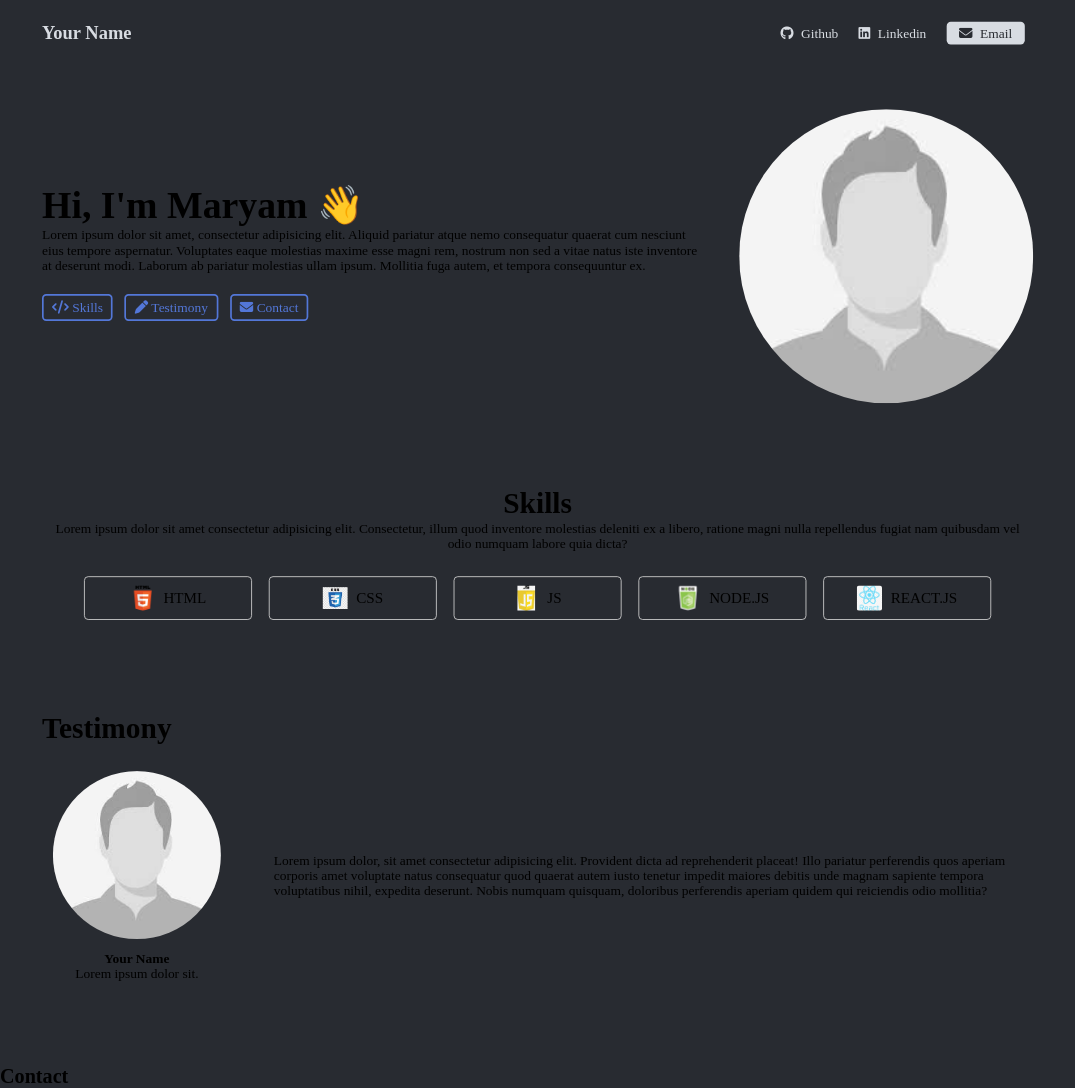
Repository: MaramMaryam/my-portfolio-test
Page: index.html
The author's editor kept a copy of each file at every save. The page is drawn from the files as they stood at one save, then again after a run of saves.
The browser window is 1280 px wide. The pictures show the whole page, at 84% of full size.
Some web libraries are served in a nearby version.

Above is the page before, as saved 2024-09-20 19:21:23.

### index.html
<!DOCTYPE html>
<html lang="en">

<head>
    <meta charset="UTF-8">
    <meta name="viewport" content="width=device-width, initial-scale=1.0">

    <link rel="preconnect" href="https://fonts.googleapis.com">
    <link rel="preconnect" href="https://fonts.gstatic.com" crossorigin>
    <link
        href="https://fonts.googleapis.com/css2?family=Poppins:ital,wght@0,100;0,200;0,300;0,400;0,500;0,600;0,700;0,800;0,900;1,100;1,200;1,300;1,400;1,500;1,600;1,700;1,800;1,900&display=swap"
        rel="stylesheet">

    <link rel="stylesheet" href="https://cdnjs.cloudflare.com/ajax/libs/font-awesome/6.6.0/css/all.min.css"
        integrity="sha512-Kc323vGBEqzTmouAECnVceyQqyqdsSiqLQISBL29aUW4U/M7pSPA/gEUZQqv1cwx4OnYxTxve5UMg5GT6L4JJg=="
        crossorigin="anonymous" referrerpolicy="no-referrer" />

    <link rel="stylesheet" href="styles.css">
    <title>My Portfolio</title>
</head>

<body>
    <!--navbar-->
    <nav>
        <div class="left">
            <a href="/"> Your Name </a>
        </div>
        <div class="right">
            <a href="http://github.com" target="_blank" rel="">
                <i class="fa-brands fa-github"></i>
                <span>Github</span>
            </a>

            <a href="http://linkedin.com" target="_blank" rel="">
                <i class="fa-brands fa-linkedin"></i>
                <span>Linkedin</span>
            </a>

            <a href="mailto:example@gmail.com">
                <i class="fa-solid fa-envelope"></i>
                <span>Email</span>
            </a>
        </div>
    </nav>
    <main>
        <!--section1-->
        <section class="hero-section">
            <div class="text">
                <h2>Hi, I'm Maryam 👋</h2>
                <p>Lorem ipsum dolor sit amet, consectetur adipisicing elit.
                    Aliquid pariatur atque nemo consequatur quaerat cum nesciunt eius tempore aspernatur.
                     Voluptates eaque molestias maxime esse magni rem, nostrum non sed a vitae natus iste inventore at deserunt modi.
                    Laborum ab pariatur molestias ullam ipsum.
                    Mollitia fuga autem, et tempora consequuntur ex.</p>

                    <div class="links">
                        <a href="#skills">
                            <i class="fa-solid fa-code"></i>
                            <span>Skills</span>
                        </a>
                        <a href="#testimony">
                            <i class="fa-solid fa-pen"></i>
                            <span>Testimony</span>
                        </a>
                        <a href="#contact">
                            <i class="fa-solid fa-envelope"></i>
                            <span>Contact</span>
                        </a>
                    </div>
            </div>
            <div class="headshot">
                <img src="images/headshot.jfif" alt="">
            </div>
        </section>
        <!--section2: skills-->
        <section id="skills" class="skills-section">
            <h2>Skills</h2>
            <div class="text">
                Lorem ipsum dolor sit amet consectetur adipisicing elit. Consectetur,
                illum quod inventore molestias deleniti ex a libero,
                ratione magni nulla repellendus fugiat nam quibusdam vel odio numquam labore quia dicta?
            </div>

            <div class="cells">
                <div class="cell">
                    <img src="images/HTML5.webp" alt="HTML5 logo">
                    <span>HTML</span>
                </div>

                <div class="cell">
                    <img src="images/css.webp" alt="css logo">
                    <span>CSS</span>
                </div>

                <div class="cell">
                    <img src="images/js.webp" alt="js logo">
                    <span>JS</span>
                </div>

                <div class="cell">
                    <img src="images/node.webp" alt="node logo">
                    <span>NODE.JS</span>
                </div>

                <div class="cell">
                    <img src="images/react.webp" alt="react logo">
                    <span>REACT.JS</span>
                </div>
            </div>
        </section>
        <!--section3: testimony-->
        <section id="testimony" class="testimony-section">
            <h2>Testimony</h2>
            <div class="group">
                <div class="person-details">
                    <img src="images/headshot.jfif" alt="">
                    <p>Your Name</p>
                    <p>Lorem ipsum dolor sit.</p>
                </div>
                <div class="text">
                    Lorem ipsum dolor, sit amet consectetur adipisicing elit. Provident dicta ad
                    reprehenderit placeat! Illo pariatur perferendis quos aperiam corporis amet voluptate
                    natus consequatur quod quaerat autem iusto tenetur impedit maiores debitis unde magnam
                    sapiente tempora voluptatibus nihil, expedita deserunt.
                    Nobis numquam quisquam, doloribus perferendis aperiam quidem qui reiciendis odio mollitia?
                </div>
            </div>
        </section>
        <!--section4: contact-->
        <section id="contact" class="contact-section">
            <h2>Contact</h2>
        </section>
    </main>
</body>

</html>

### styles.css
:root {
  --text-color: #d8dce2;
  --link-color: #5377d8;
  --background-color: #282b31;
}
* {
  margin: 0;
  padding: 0;
  box-sizing: border-box;
}
html {
  scroll-behavior: smooth;
}
body {
  font-family: "Poppins" sans-serif;
  background-color: var(--background-color);
}
a {
  color: var(--link-color);
  text-decoration: none;
}

/* NAVBAR */
nav {
  display: flex;
  justify-content: space-between;
  padding: 0 50px;
  height: 80px;
  align-items: center;
}
nav .left a {
  color: var(--text-color);
  font-size: 22px;
  font-weight: 600;
}
nav .right a {
  color: var(--text-color);
  margin: 0 10px;
}
nav .right a:last-child {
  color: var(--background-color);
  background-color: var(--text-color);
  padding: 5px 15px;
  border-radius: 5px;
}
nav .right a span {
  margin-left: 5px;
}
/* SECTION 1: HERO */
.hero-section {
  display: flex;
  justify-content: space-between;
  align-items: center;
  padding: 0 50px;
  margin: 50px 0;
  gap: 40px;
  margin-bottom: 100px;
}
.hero-section .text {
  flex: 5;
}
.hero-section .text h2 {
  font-size: 45px;
}
.hero-section .text .links {
  margin-top: 25px;
}
.hero-section .text .links a {
  display: inline-block;
  padding: 5px 10px;
  border: 2px solid var(--link-color);
  border-radius: 5px;
  margin-right: 10px;
  margin-bottom: 10px;
  transition: 0.1s;
}
.hero-section .text .links a:hover {
  color: var(--text-color);
  border: 2px solid var(--text-color);
}
.hero-section .headshot {
  flex: 2;
  display: flex;
  justify-content: right;
}
.hero-section .headshot img {
  border-radius: 50%;
  width: 350px;
}

/* SECTION 2:Skills */
.skills-section {
  padding: 0 50px;
  margin-bottom: 100px;
}

.skills-section h2 {
  text-align: center;
  font-size: 35px;
}
.skills-section .text {
  text-align: center;
  margin-bottom: 20px;
}
.skills-section .cells {
  display: flex;
  justify-content: center;
  flex-wrap: wrap;
}
.skills-section .cells .cell {
  display: flex;
  justify-content: center;
  align-items: center;
  gap: 10px;
  width: 200px;
  padding: 10px 20px;
  margin: 10px;
  border: 1.5px solid #d3d3d3;
  border-radius: 5px;
}
.skills-section .cells .cell img {
  width: 30px;
  height: 30px;
  object-fit: contain;
  border-radius: 3px;
}
.skills-section .cells .cell span {
  font-size: 18px;
}

/* SECTION 3: Testimony  */
.testimony-section {
  padding: 0 50px;
  margin-bottom: 100px;
}
.testimony-section h2 {
  font-size: 35px;
  margin-bottom: 30px;
}
.testimony-section .group {
    display: flex;
    align-items: center;
    gap: 50px;
}
.testimony-section .group .person-details {
    text-align: center;
    flex: 2;
}
.testimony-section .group .person-details img {
    width: 200px;
    aspect-ratio: 1/1;
    object-fit: cover;
    border-radius: 50%;
    margin-bottom: 10px;
}
.testimony-section .group .person-details p {
    font-weight: 600;
}
.testimony-section .group .person-details p:last-child {
    font-weight: normal;
}

.testimony-section .group  .text {
    flex: 8;
}

@media (max-width: 850px) {
  /* SECTION1 : HERO*/
  .hero-section .text h2 {
    font-size: 35px;
  }
}

@media (max-width: 740px) {
  /* SECTION1 : HERO*/
  .hero-section {
    flex-direction: column-reverse;
  }
  .hero-section .headshot img {
    width: 300px;
  }
  /* SECTION 3: Testimony */
  .testimony-section {
    text-align: center;
  }
  .testimony-section .group {
    flex-direction: column;
  }
}

@media (max-width: 600px) {
  /* NAVBAR */
  nav {
    padding: 0 20px;
  }
  nav .right a {
    font-style: 22px;
  }
  nav .right a:last-child {
    color: var(--text-color);
    background-color: transparent;
    padding: 0;
  }
  nav .right a span {
    display: none;
  }

  /* SECTION1:HERO */
  .hero-section {
    padding: 0 20px;
  }
  .hero-section .text h2 {
    font-size: 30px;
  }
  /* SECTION2: Skills */

  .skills-section {
    padding: 0 20px;
  }
  .skills-section .cells .cell span {
    font-size: 16px;
  }
}

After the next 3 saves:
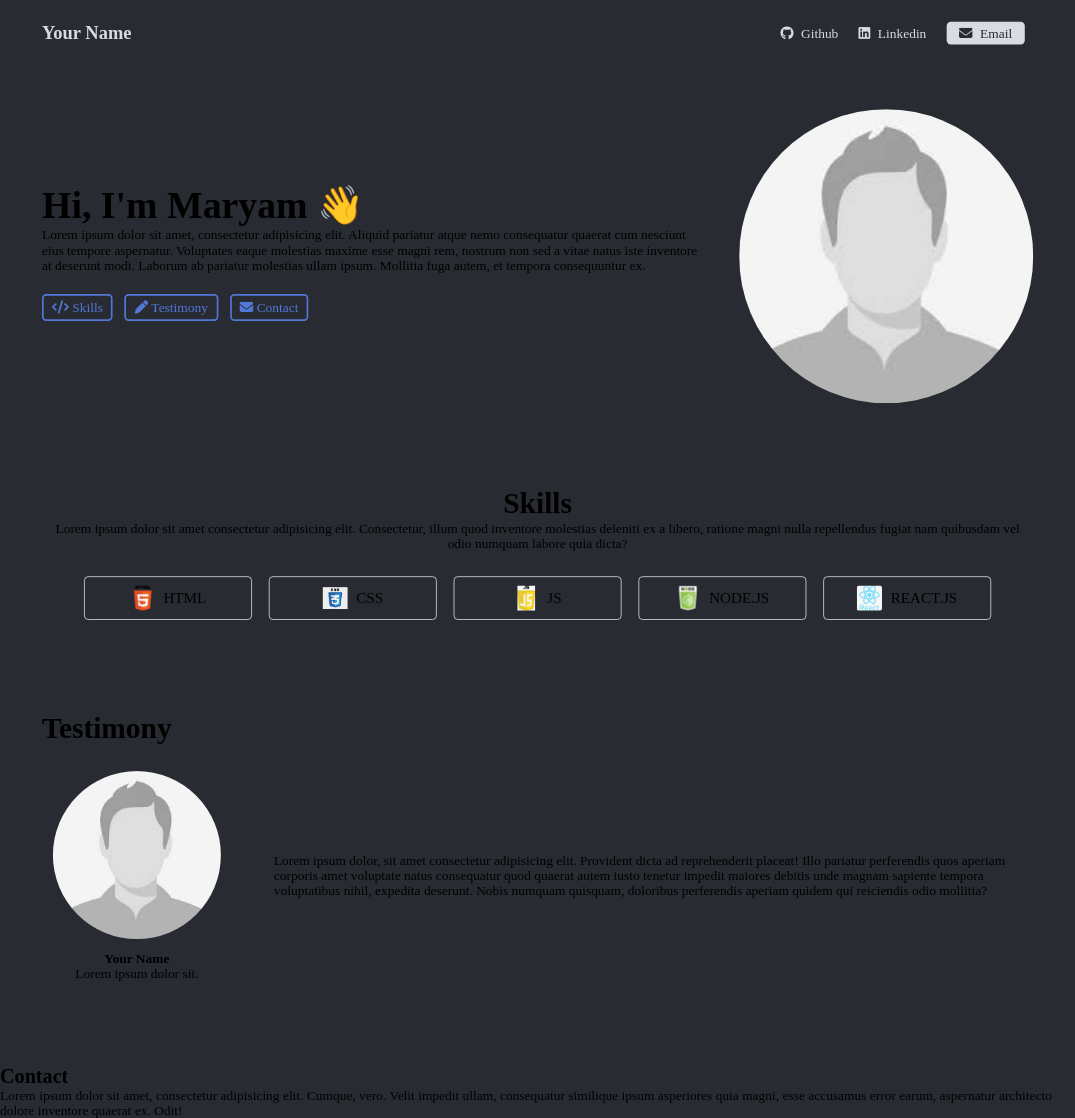
The 3 saves are shown as one change because they came seconds apart.
The last was saved 23 s later.
--- a/index.html
+++ b/index.html
@@ -129,6 +129,11 @@
         <!--section4: contact-->
         <section id="contact" class="contact-section">
             <h2>Contact</h2>
+            <div class="group">
+                <div class="text">
+                    Lorem ipsum dolor sit amet, consectetur adipisicing elit. Cumque, vero. Velit impedit ullam, consequatur similique ipsum asperiores quia magni, esse accusamus error earum, aspernatur architecto dolore inventore quaerat ex. Odit!
+                </div>
+            </div>
         </section>
     </main>
 </body>
